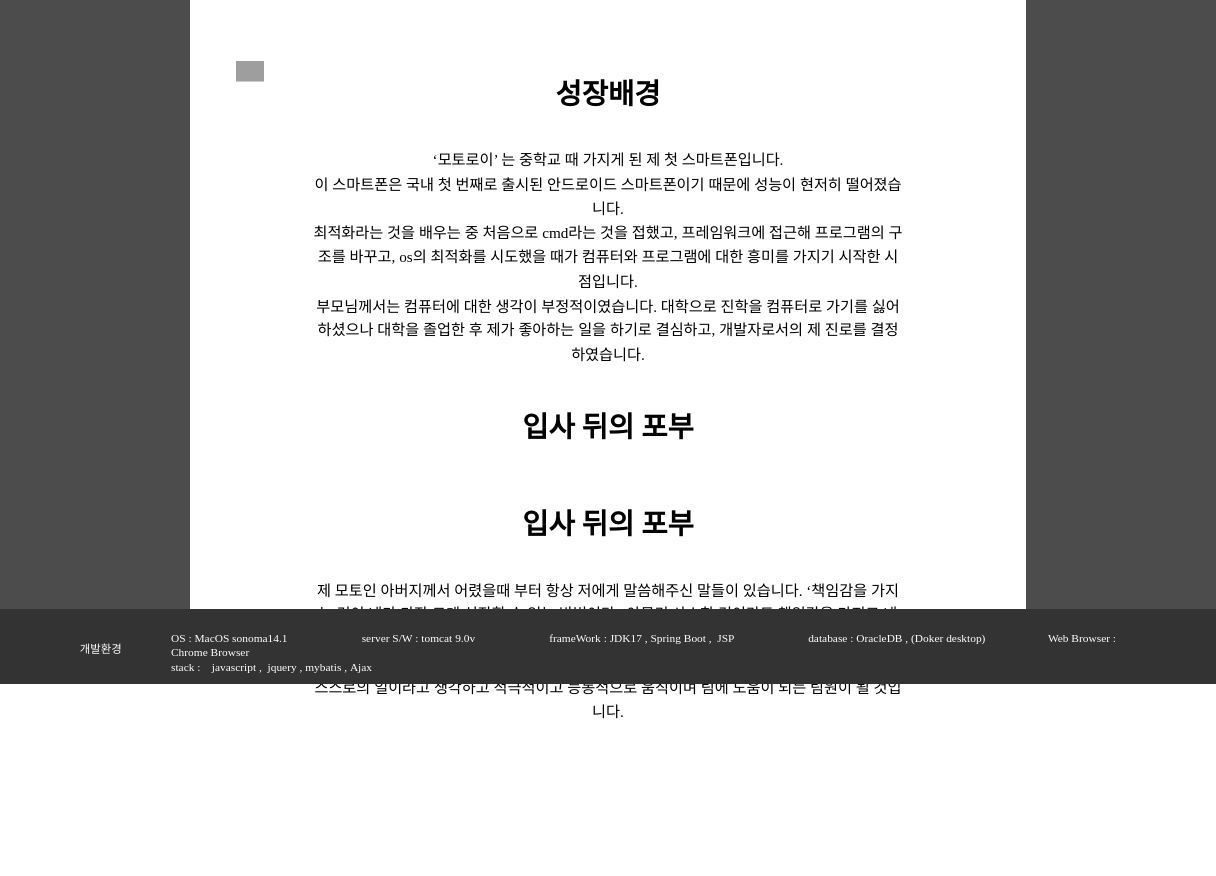
Repository: LeeHaNeul96/Leehaneul
Page: http://localhost/com.introduce/WEB-INF/views/more2.jsp
An editor plug-in stored every save of this project. The page is shown before and after the next save, followed by the edit.
The browser window is 1280 px wide. The pictures show the whole page, at 95% of full size.
Pictures or frames that could not be fetched are drawn as grey boxes. The page is served by Tomcat 9. Nobody is signed in. The template is opened directly, without the code that normally fills it, so the values that code supplies are empty.

Above is the page before, as saved 2023-10-31 10:26:52.

After the next save:
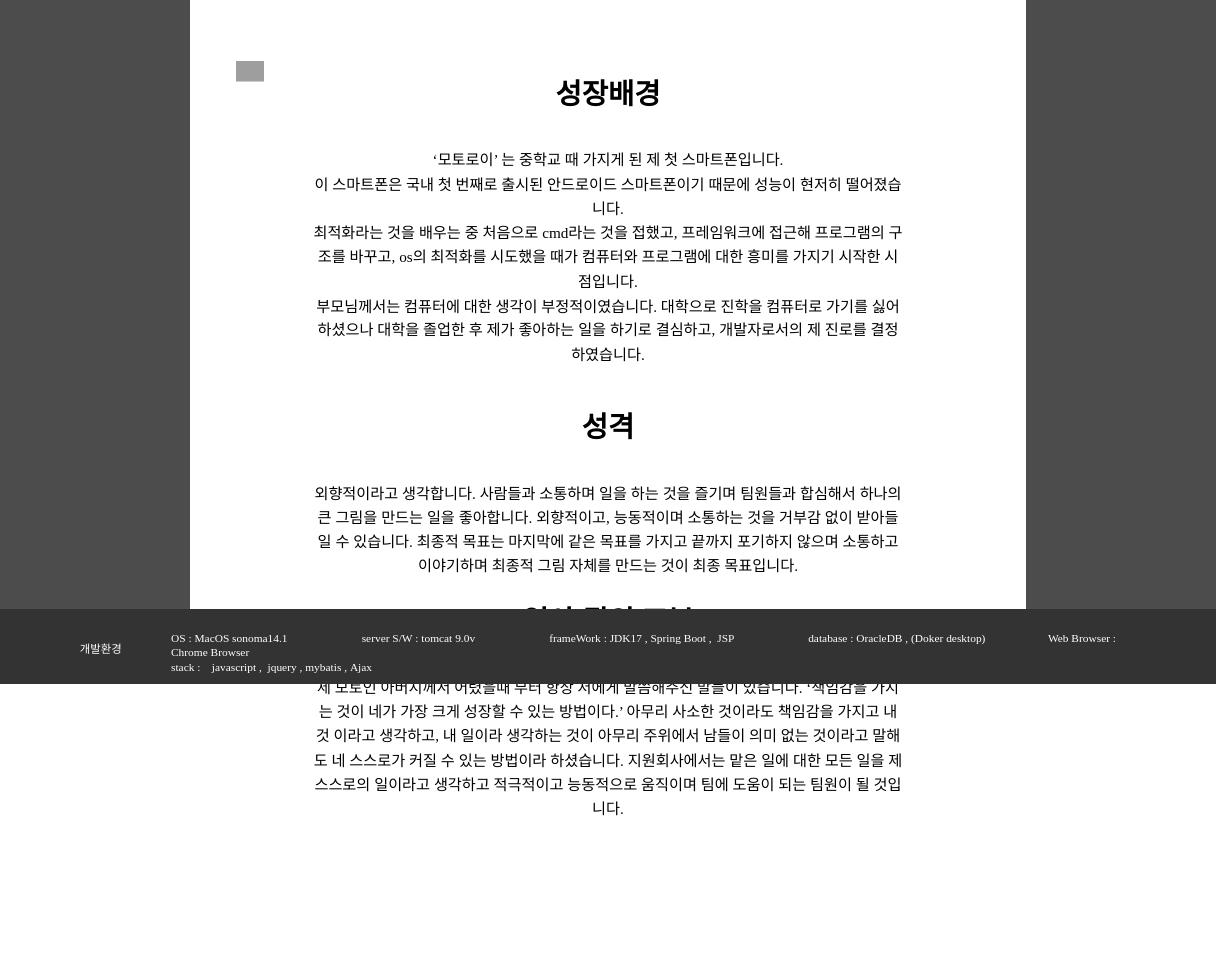
Saved 13 s later.
--- a/com.introduce/src/main/webapp/WEB-INF/views/more2.jsp
+++ b/com.introduce/src/main/webapp/WEB-INF/views/more2.jsp
@@ -117,8 +117,11 @@ $(function() {
 부모님께서는 컴퓨터에 대한 생각이 부정적이였습니다. 대학으로 진학을 컴퓨터로 가기를 싫어하셨으나 대학을 졸업한 후 제가 좋아하는 일을 하기로 결심하고, 개발자로서의 제 진로를 결정하였습니다.
 </div><br>
 
-<h1>입사 뒤의 포부</h1><br>
-<div class="content"></div>
+<h1>성격</h1><br>
+<div class="content">
+외향적이라고 생각합니다. 사람들과 소통하며 일을 하는 것을 즐기며 팀원들과 합심해서 하나의 큰 그림을 만드는 일을 좋아합니다. 외향적이고, 능동적이며 소통하는 것을 거부감 없이 받아들일 수 있습니다. 최종적 목표는 마지막에 같은 목표를 가지고 끝까지 포기하지 않으며 소통하고 이야기하며 최종적 그림 자체를 만드는 것이 최종 목표입니다.
+
+</div>
 
 
 
